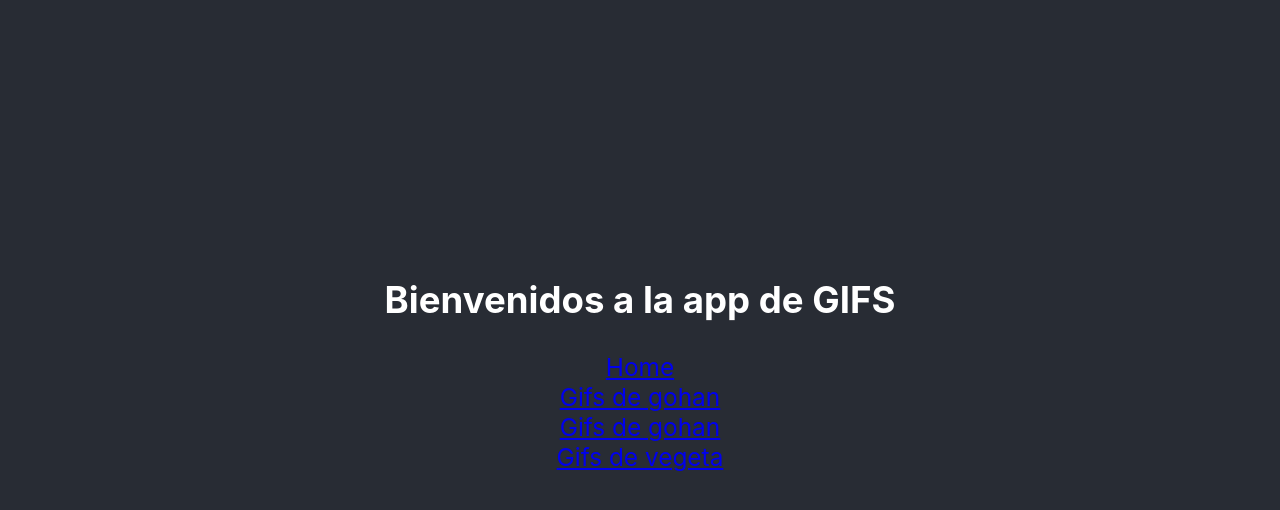
Repository: DamianBermudez94/buscador-gifs
Page: /
The author's editor kept a copy of each file at every save. The page is drawn from the files as they stood at one save, then again after the next save.
The browser window is 1280 px wide. The pictures show the whole page.
The project was rebuilt for these pictures with package versions that can differ from the ones it lists, and the page was loaded fresh each time. Also part of the build but not shown: src/component/gifs.css, src/component/gif.js, src/api/urlApi.js, src/component/ListOfGifs.js.

Above is the page before, as saved 2022-10-10 16:51:58.

### src/App.js
import React from 'react';
import './App.css';
import ListOfGifs from './component/ListOfGifs';
import {Link, Route} from "wouter"


export function App() {
  return (
    <div className="App">
      <section className="App-content">
          <h1>Bienvenidos a la app de GIFS</h1>
          <Link to="/">Home</Link>
          <Link to="/gif/gohan"> Gifs de gohan</Link>
          <Link to="/gif/majinbu"> Gifs de gohan</Link>
          <Link to="/gif/vegeta"> Gifs de vegeta</Link>
          <Route
            component={ListOfGifs}
            path="/gif/:keyword"/>



      </section>
    </div>
  );
}

export default App;

### src/App.css
.App {
  text-align: center;
}



.App-content {
  background-color: #282c34;
  min-height: 100vh;
  display: flex;
  flex-direction: column;
  align-items: center;
  justify-content: center;
  font-size: calc(10px + 2vmin);
  color: white;
}

### src/pages/home/index.js
import React from "react";
import {Link} from "wouter";

const POPULAR_GIFS = ["Matrix", "Messi","Code","Gamming"];

export default function Home(){
    return (
        <div>
            <h3 className="App-title">Los gifs mas popolares</h3>
            <ul>
                {POPULAR_GIFS.map((popularesGifs)=>{
                    <li key={popularesGifs}>
                        <Link to={`/search/${popularesGifs}`}>Gifs de {popularesGifs}</Link>
                    </li>
                })}
            </ul>
        </div>
    )
}

Loaded but not shown: public/index.html (common file); src/index.js (common file); src/index.css (common file); src/reportWebVitals.js (common file)

After the next save:
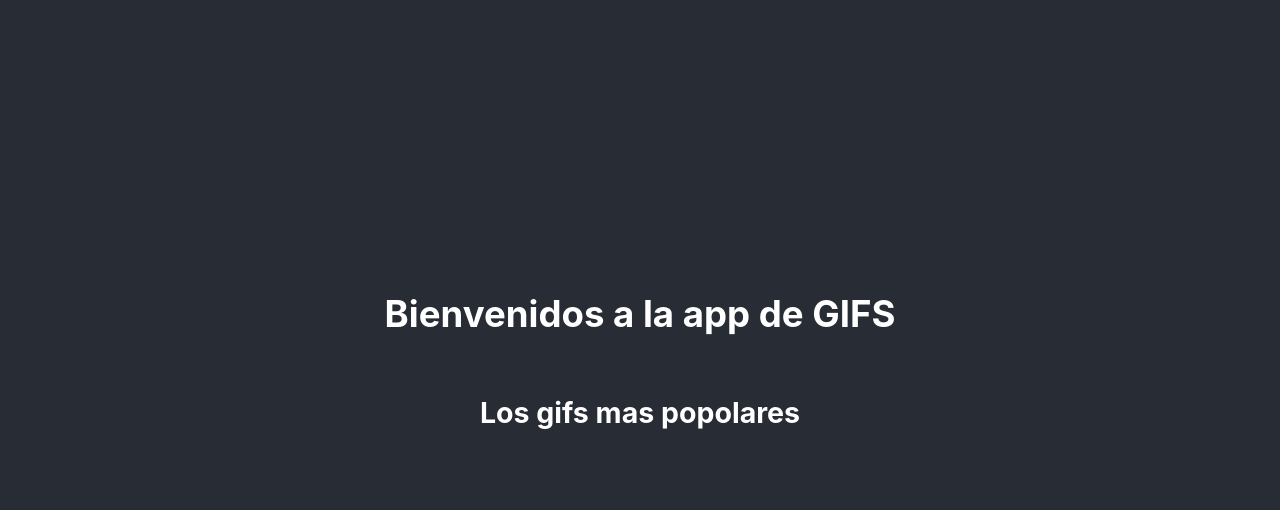
Saved 110 s later.
--- a/src/App.js
+++ b/src/App.js
@@ -1,6 +1,7 @@
 import React from 'react';
 import './App.css';
 import ListOfGifs from './component/ListOfGifs';
+import Home from './pages/home';
 import {Link, Route} from "wouter"
 
 
@@ -9,10 +10,11 @@ export function App() {
     <div className="App">
       <section className="App-content">
           <h1>Bienvenidos a la app de GIFS</h1>
-          <Link to="/">Home</Link>
-          <Link to="/gif/gohan"> Gifs de gohan</Link>
-          <Link to="/gif/majinbu"> Gifs de gohan</Link>
-          <Link to="/gif/vegeta"> Gifs de vegeta</Link>
+          <Route
+          component={Home}
+          path="/"
+          />
+
           <Route
             component={ListOfGifs}
             path="/gif/:keyword"/>
